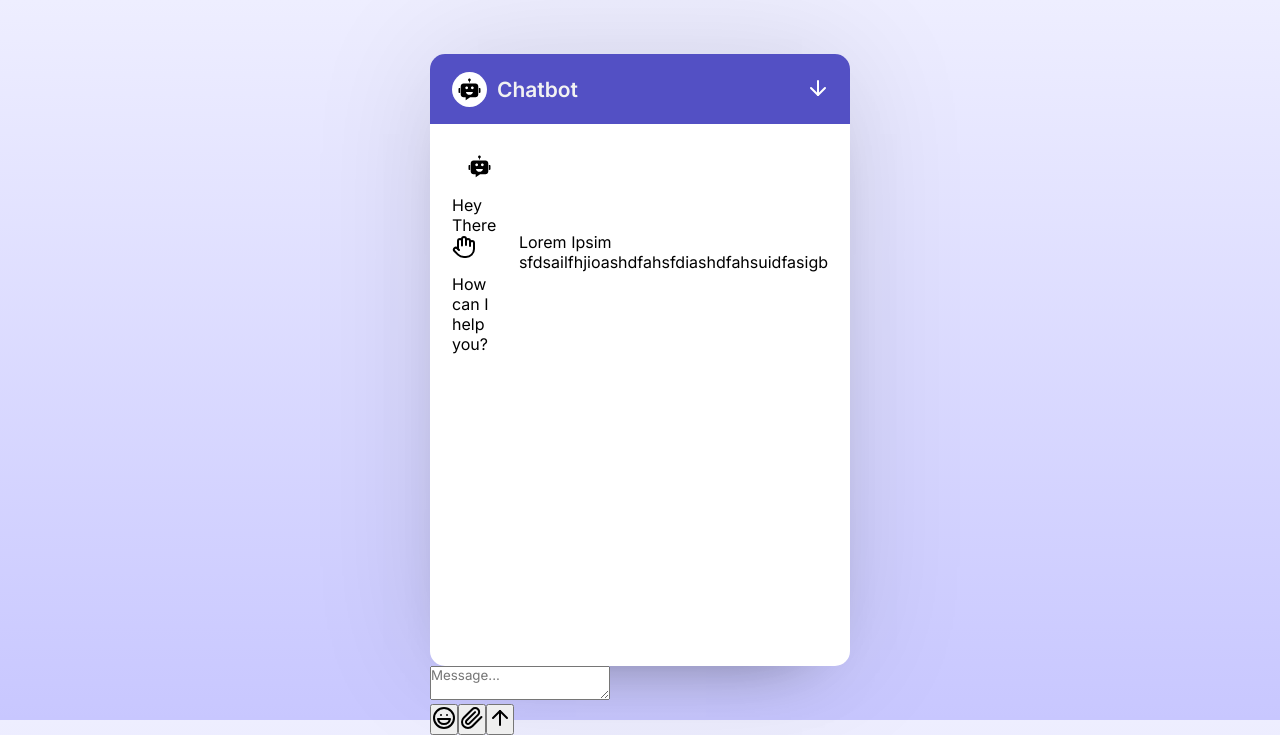
Repository: guilhermecardoso93/ai-bot
Page: /
An editor plug-in stored every save of this project. The page is shown before and after the next save, followed by the edit.
The browser window is 1280 px wide. The pictures show the whole page.
The project was rebuilt for these pictures with package versions that can differ from the ones it lists, and the page was loaded fresh each time. Also part of the build but not shown: vite.config.js.

Above is the page before, as saved 2024-11-11 20:48:12.

After the next save:
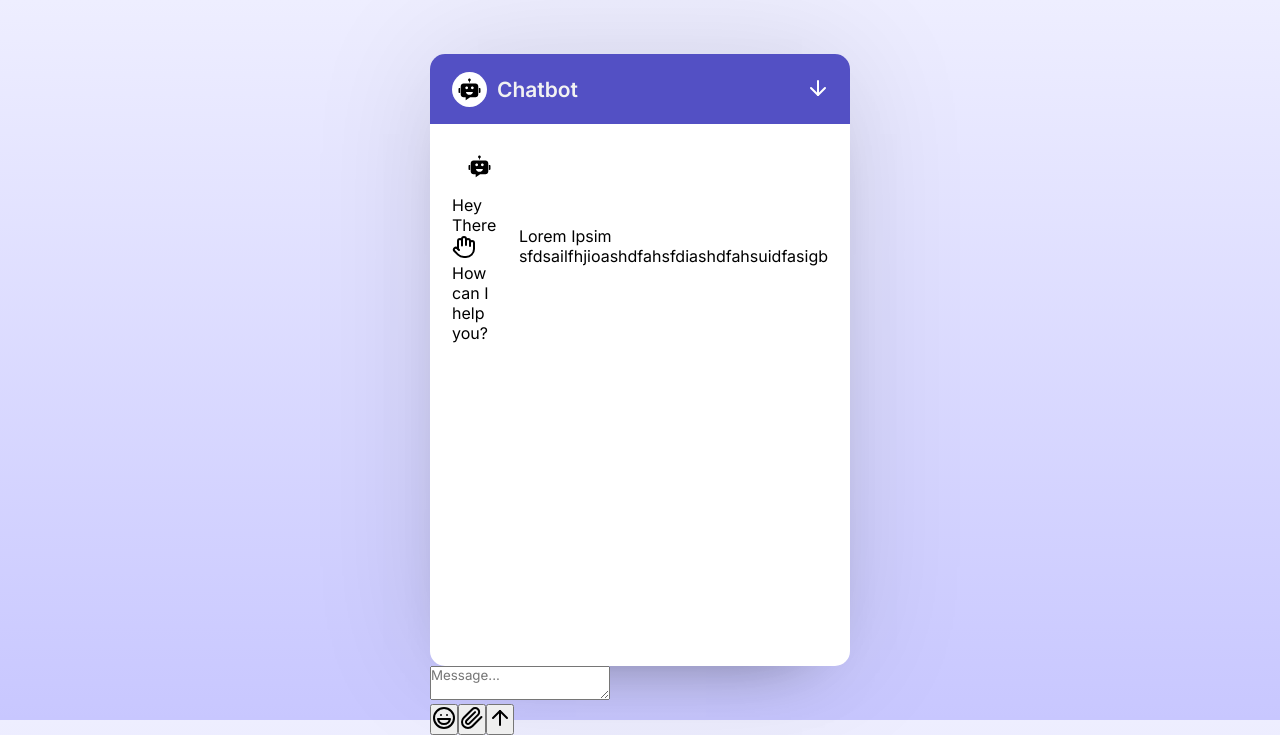
Saved 18 s later.
--- a/src/components/Main.jsx
+++ b/src/components/Main.jsx
@@ -23,8 +23,7 @@ export function Main() {
             <p className="message-text">
               Hey There
               <Hand />
-            </p>
-            <p>How can I help you?</p>
+           How can I help you?</p>
           </div>
           <div className="message-user">
             <p className="message-text">
